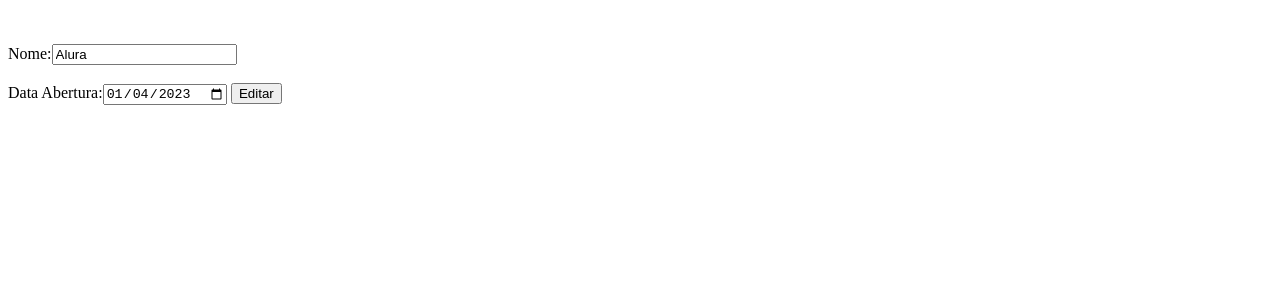
Repository: DerickLFAndrade/Aplicacao_Java_Web_Servlet_TomCat
Page: http://localhost/gerenciador/mostraEmpresa?id=1
An editor plug-in stored every save of this project. The page is shown before and after the next save, followed by the edit.
The browser window is 1280 px wide. The pictures show the whole page.
The page is served by Tomcat 9.

Above is the page before, as saved 2023-01-08 19:56:20.

After the next save:
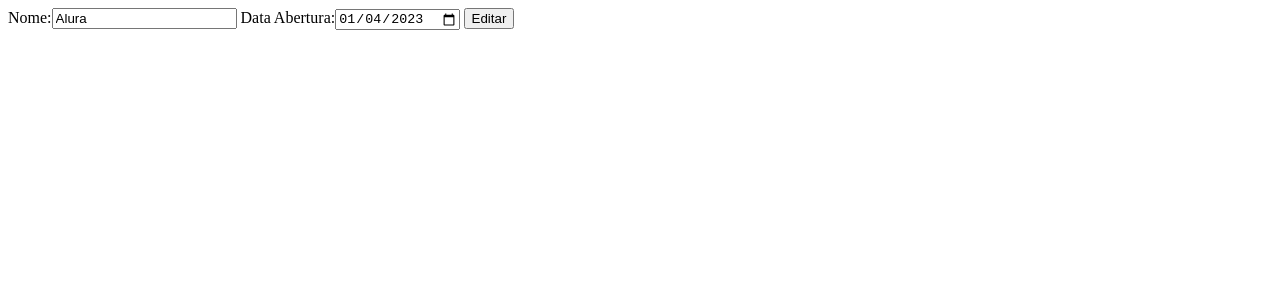
Saved 8 s later.
--- a/gerenciador/WebContent/formAlteraEmpresa.jsp
+++ b/gerenciador/WebContent/formAlteraEmpresa.jsp
@@ -11,9 +11,7 @@
 
 	<form action="${linkServletEditarEmpresa}" method="post">
 	<input type="hidden" name="id" value="${empresa.id}"/>
-	<br><br>
 		<label>Nome:</label><input type="text" name="nome" value="${empresa.nome}"/>
-		<br><br>
 		<label>Data Abertura:</label><input type="date" name="dataAbertura" value="<fmt:formatDate value="${empresa.dataAbertura}" pattern="yyyy-MM-dd"/>"/>
 		<button type="submit">Editar</button>
 
